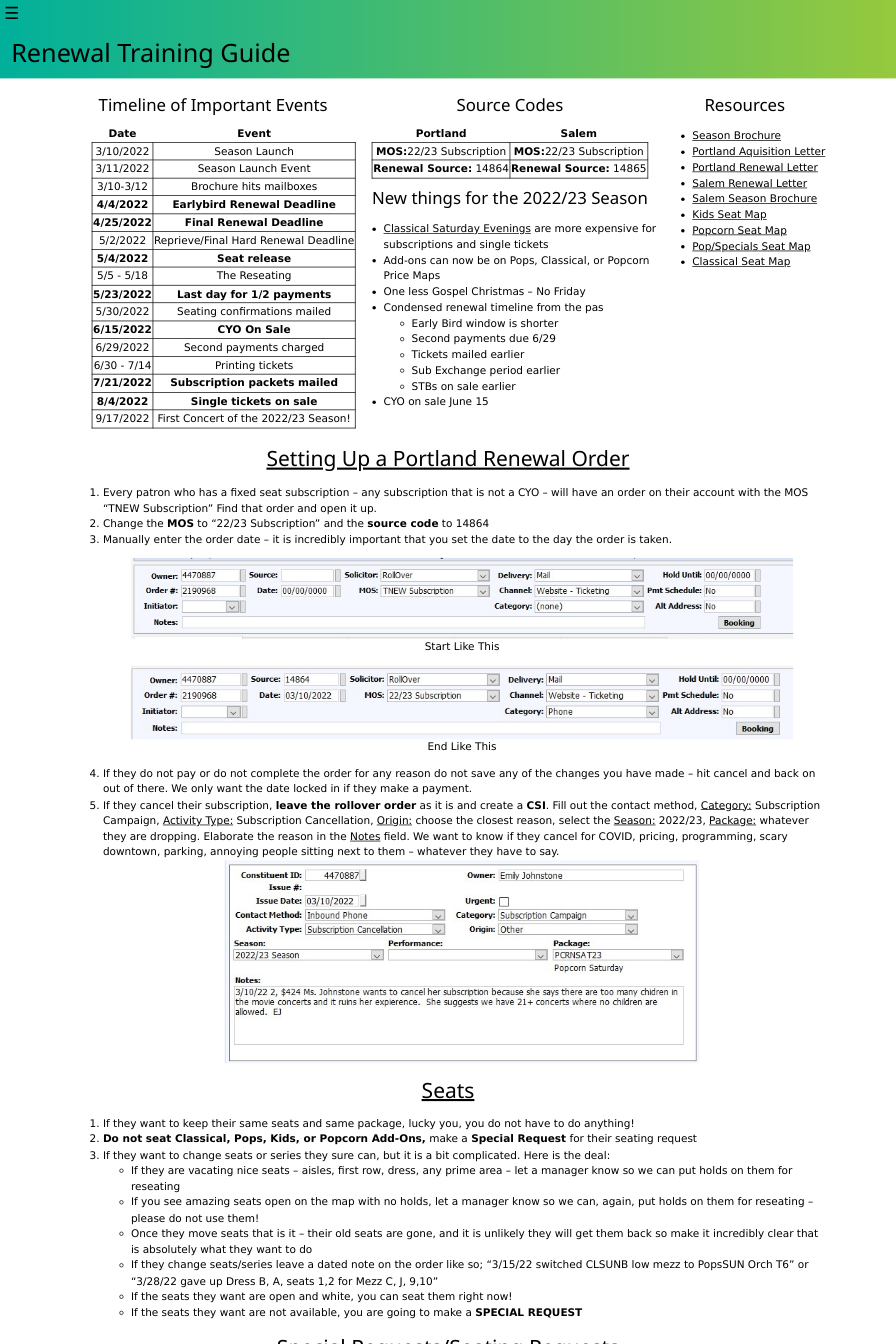
Repository: muesinga/renewal-training
Page: home.html
An editor plug-in stored every save of this project. The page is shown before and after the next save, followed by the edit.
The browser window is 1280 px wide. The pictures show the part of the page from y = 0 to 1920 px (the page is 10643 px tall), at 70% of full size.

Above is the page before, as saved 2022-03-24 08:05:53.

After the next save:
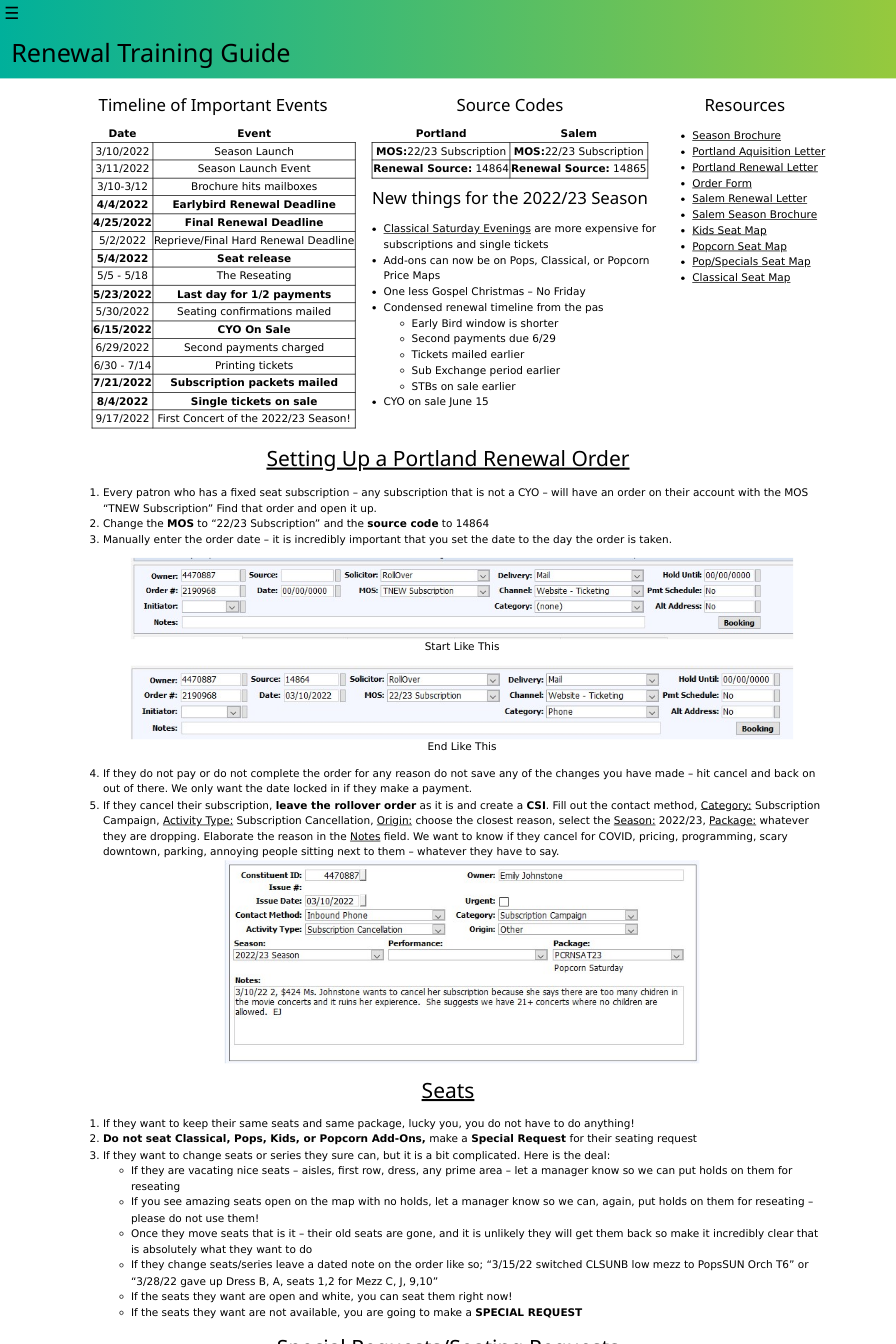
Saved 25 s later.
--- a/home.html
+++ b/home.html
@@ -142,6 +142,7 @@
       <li><a href="assets/pdf/season-brochure.pdf" target="_blank">Season Brochure</a></li>
       <li><a href="assets/pdf/portland-acquisition-letter.pdf" target="_blank">Portland Aquisition Letter</a></li>
       <li><a href="assets/pdf/portland-renewal-letter.pdf" target="_blank">Portland Renewal Letter</a></li>
+      <li><a href="assets/pdf/order-form.pdf" target="_blank">Order Form</a></li>
       <li><a href="assets/pdf/salem-renewal-letter.pdf" target="_blank">Salem Renewal Letter</a></li>
       <li><a href="assets/pdf/salem-season-brochure.pdf" target="_blank">Salem Season Brochure</a></li>
       <li><a href="assets/pdf/kids-seat-map.pdf" target="_blank">Kids Seat Map</a></li>
